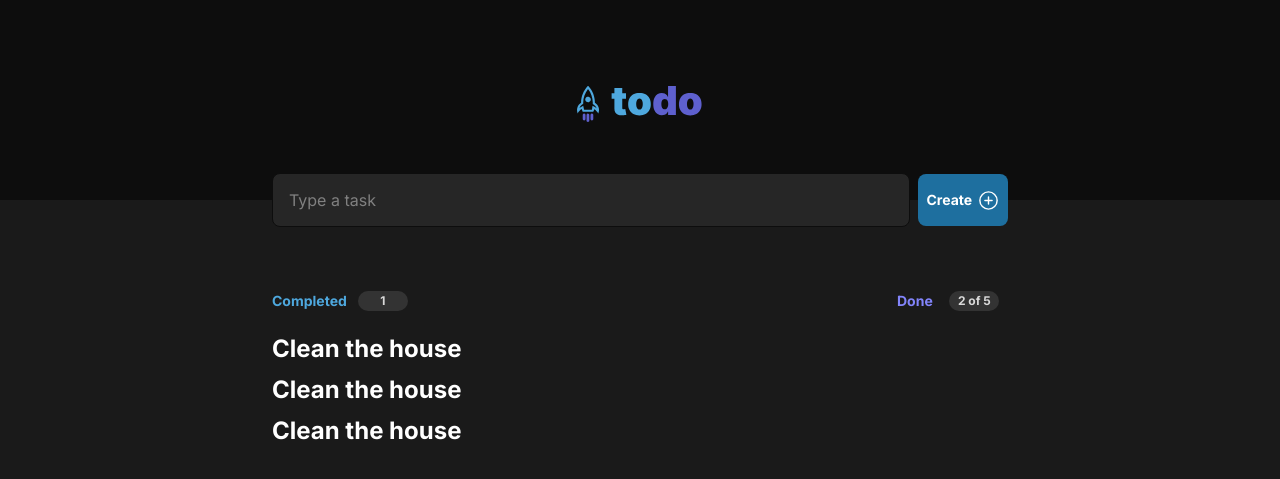
Repository: JoseGu1llardi/to-do-list-D01
Page: /
The author's editor kept a copy of each file at every save. The page is drawn from the files as they stood at one save, then again after the next save.
The browser window is 1280 px wide. The pictures show the whole page.
The project was rebuilt for these pictures with package versions that can differ from the ones it lists, and the page was loaded fresh each time. Also part of the build but not shown: vite.config.ts.

Above is the page before, as saved 2023-03-11 20:56:22.

After the next save:
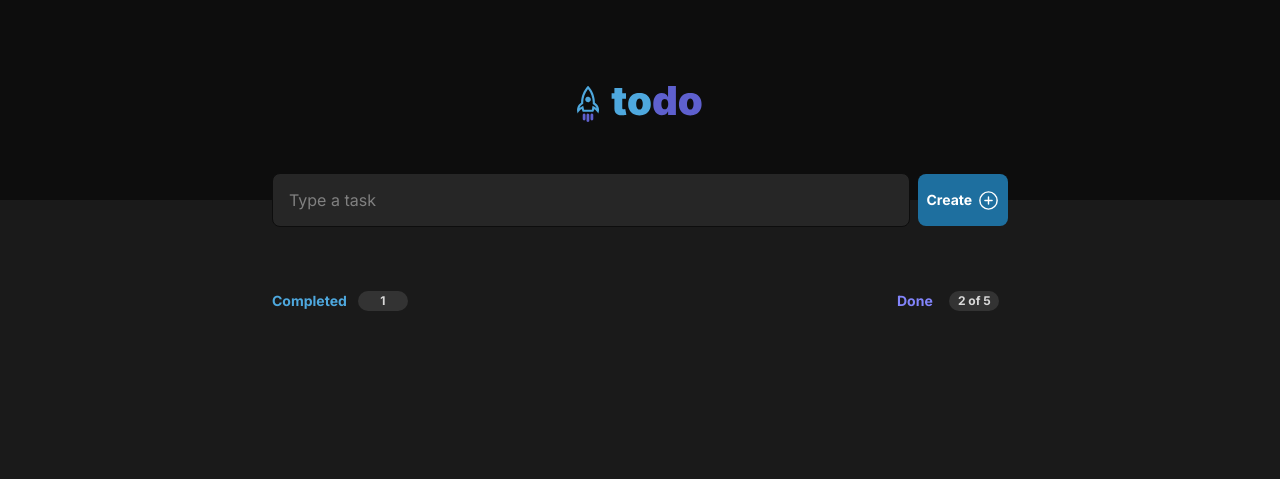
Saved 3 min 10 s later.
--- a/src/components/Task/index.tsx
+++ b/src/components/Task/index.tsx
@@ -2,6 +2,8 @@
 
 export function Task() {
     return (
-        <h1>Clean the house</h1>
+        <section>
+
+        </section>
     )
 }
